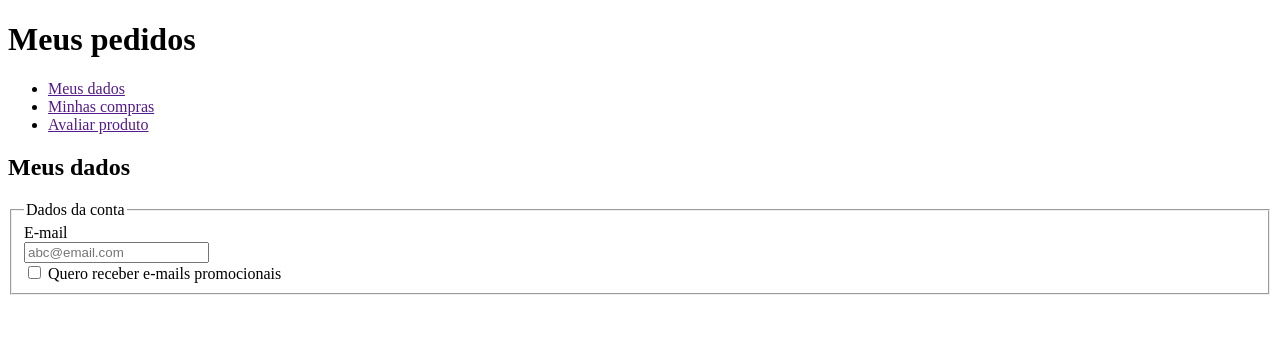
Repository: claudemir-camargo/site-compras
Page: index.html
The author's editor kept a copy of each file at every save. The page is drawn from the files as they stood at one save, then again after the next save.
The browser window is 1280 px wide. The pictures show the whole page.

Above is the page before, as saved 2024-02-27 20:15:19.

### index.html
<!DOCTYPE html>
<html lang="en">
<head>
    <meta charset="UTF-8">
    <meta name="viewport" content="width=device-width, initial-scale=1.0">
    <title>Document</title>
</head>
<body>
    <h1>Meus pedidos</h1>
    <ul>
        <li><a href="">Meus dados</a></li>
        <li><a href="">Minhas compras</a></li>
        <li><a href="">Avaliar produto</a></li>
    </ul>
    <h2>Meus dados</h2>
    <fieldset>
        <legend>Dados da conta</legend>
        <form>
            <label>E-mail</label><br>
            <input type="email" id="email" name="email" placeholder="abc@email.com"><br>
            <input type="checkbox">
            <label>Quero receber e-mails promocionais</label><br>
        </form>
    </fieldset>
</body>
</html>

After the next save:
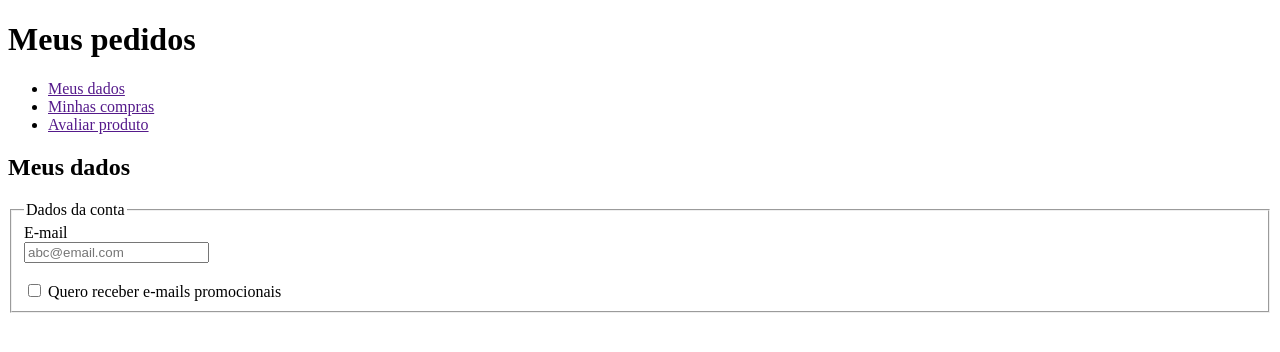
Saved 35 s later.
--- a/index.html
+++ b/index.html
@@ -17,7 +17,7 @@
         <legend>Dados da conta</legend>
         <form>
             <label>E-mail</label><br>
-            <input type="email" id="email" name="email" placeholder="abc@email.com"><br>
+            <input type="email" id="email" name="email" placeholder="abc@email.com"><br><br>
             <input type="checkbox">
             <label>Quero receber e-mails promocionais</label><br>
         </form>
